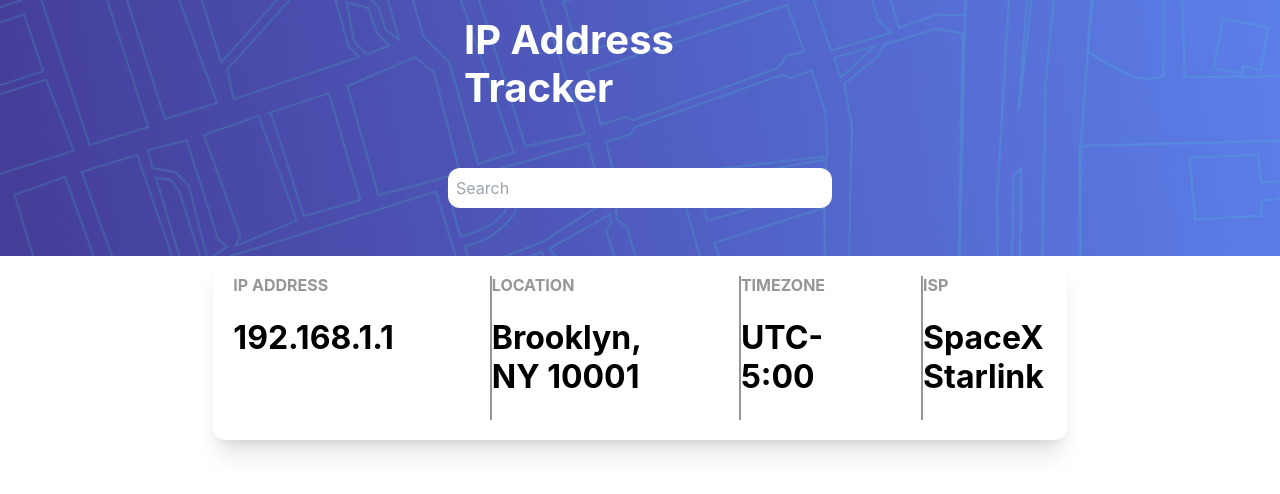
Repository: Dealsy/IP-Tracker
Page: /
These files come from the project's save history. The page is drawn as it stood at one moment and after the next save; the edit follows.
The browser window is 1280 px wide. The pictures show the whole page.
The project was rebuilt for these pictures with package versions that can differ from the ones it lists, and the page was loaded fresh each time. The framework's server and built-in components were replaced by stand-ins that run in the browser. Also part of the build but not shown: next.config.js.

Above is the page before, as saved 2022-04-21 22:01:46.

### pages/index.js
import Head from "next/head";

export default function Home() {
  return (
    <div>
      <Head>
        <title>Create Next App</title>
        <meta name="description" content="Generated by create next app" />
        <link rel="icon" href="/favicon.ico" />
      </Head>

      <main>
        <div className="bg-Backdrop h-64 bg-no-repeat	 bg-cover">
          <h1 className="text-white w-96 m-auto p-4">IP Address Tracker</h1>
          <div className="w-96 m-auto">
            <input
              className="p-2 w-96 mt-10 rounded-xl"
              type="search"
              placeholder="Search"
            />
          </div>
        </div>

        <div className="flex flex-row justify-evenly border-0 shadow-xl w-4/6 m-auto rounded-xl p-5">
          <div className=" border-r-2 border-Gray pr-24">
            <h3>IP ADDRESS</h3>
            <h2> 192.168.1.1 </h2>
          </div>
          <div className=" border-r-2 border-Gray pr-24">
            <h3> LOCATION </h3>
            <h2> Brooklyn, NY 10001 </h2>
          </div>
          <div className=" border-r-2 border-Gray pr-24">
            <h3>TIMEZONE</h3>
            <h2> UTC-5:00 </h2>
          </div>
          <div>
            <h3>ISP</h3>
            <h2>SpaceX Starlink</h2>
          </div>
        </div>
      </main>

      <footer></footer>
    </div>
  );
}

### styles/globals.css
@tailwind base;
@tailwind components;
@tailwind utilities;


h1 {
  font-size: 2.5rem;
  font-weight: 700;
  line-height: 1.2;
  margin-bottom: 1.5rem;
}

h2 {
  font-size: 2rem;
  font-weight: 700;
  line-height: 1.2;
  margin-bottom: 1.5rem;
}

h3 {
  font-size: 1rem;
  font-weight: 700;
  line-height: 1.2;
  margin-bottom: 1.5rem;
  color: #969696;
}


html,
body {
  padding: 0;
  margin: 0;
  font-family: -apple-system, BlinkMacSystemFont, Segoe UI, Roboto, Oxygen,
    Ubuntu, Cantarell, Fira Sans, Droid Sans, Helvetica Neue, sans-serif;
}

a {
  color: inherit;
  text-decoration: none;
}

* {
  box-sizing: border-box;
}

### tailwind.config.js
module.exports = {
  content: [
    "./pages/**/*.{js,ts,jsx,tsx}",
    "./components/**/*.{js,ts,jsx,tsx}",
  ],
  theme: {
    extend: {
      colors: {
        "Dark-Gray": "#2b2b2b",
        Gray: "#969696",
      },
      backgroundImage: {
        Backdrop: "url('../images/pattern-bg.png')",
      },
    },
  },
  plugins: [],
};

Loaded but not shown: pages/_app.js (common file)

After the next save:
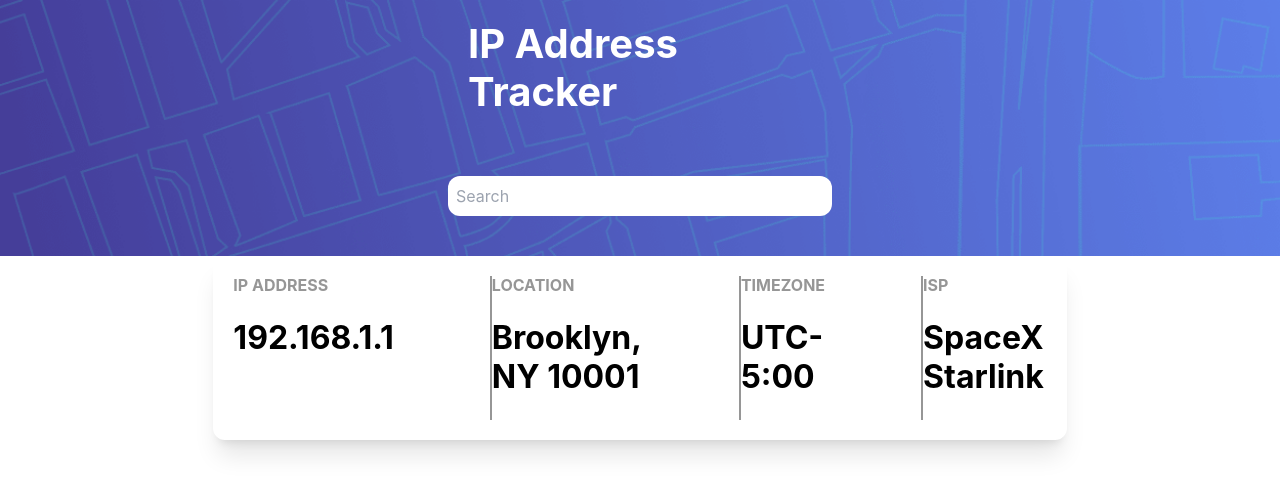
Saved 6 s later.
--- a/pages/index.js
+++ b/pages/index.js
@@ -11,7 +11,7 @@
 
       <main>
         <div className="bg-Backdrop h-64 bg-no-repeat	 bg-cover">
-          <h1 className="text-white w-96 m-auto p-4">IP Address Tracker</h1>
+          <h1 className="text-white w-96 m-auto p-5">IP Address Tracker</h1>
           <div className="w-96 m-auto">
             <input
               className="p-2 w-96 mt-10 rounded-xl"

After the save that followed:
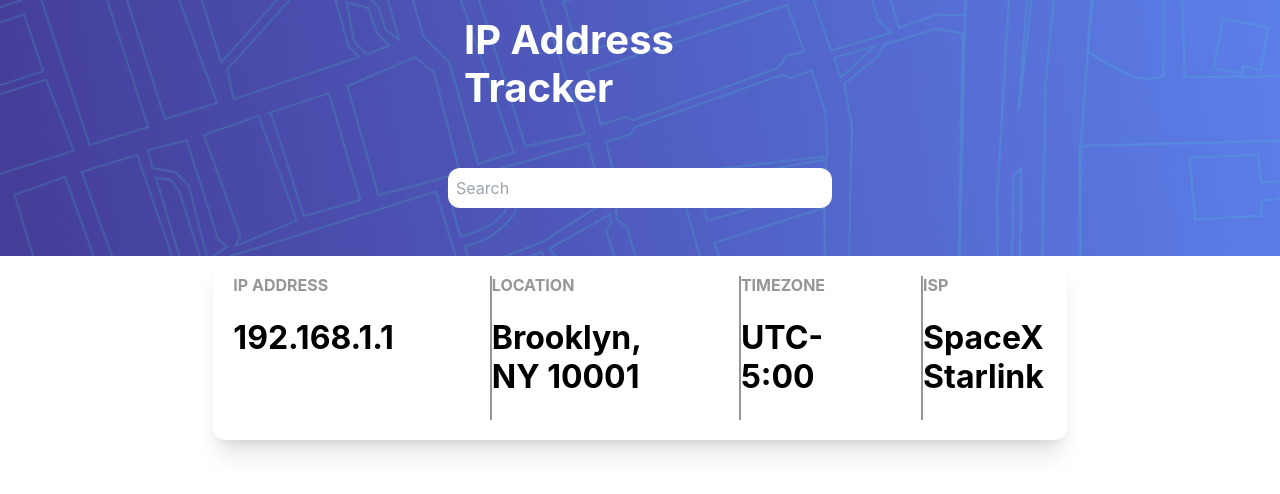
Saved 4 s later.
--- a/pages/index.js
+++ b/pages/index.js
@@ -11,7 +11,7 @@
 
       <main>
         <div className="bg-Backdrop h-64 bg-no-repeat	 bg-cover">
-          <h1 className="text-white w-96 m-auto p-5">IP Address Tracker</h1>
+          <h1 className="text-white w-96 m-auto p-4">IP Address Tracker</h1>
           <div className="w-96 m-auto">
             <input
               className="p-2 w-96 mt-10 rounded-xl"
